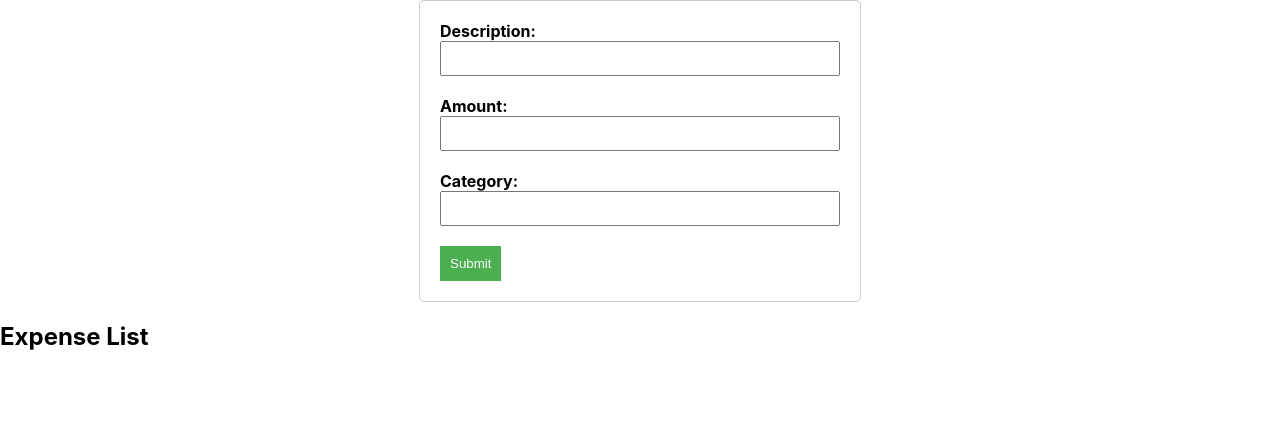
Repository: Victor-MGB/basic-expense-tracker
Page: / (app in expense-tracker/)
These files come from the project's save history. The page is drawn as it stood at one moment and after a run of saves; the edit follows.
The browser window is 1280 px wide. The pictures show the whole page.
The project was rebuilt for these pictures with package versions that can differ from the ones it lists, and the page was loaded fresh each time. Also part of the build but not shown: expense-tracker/src/component/ExpenseItem.js.

Above is the page before, as saved 2023-12-10 22:49:20.

After the next 3 saves:
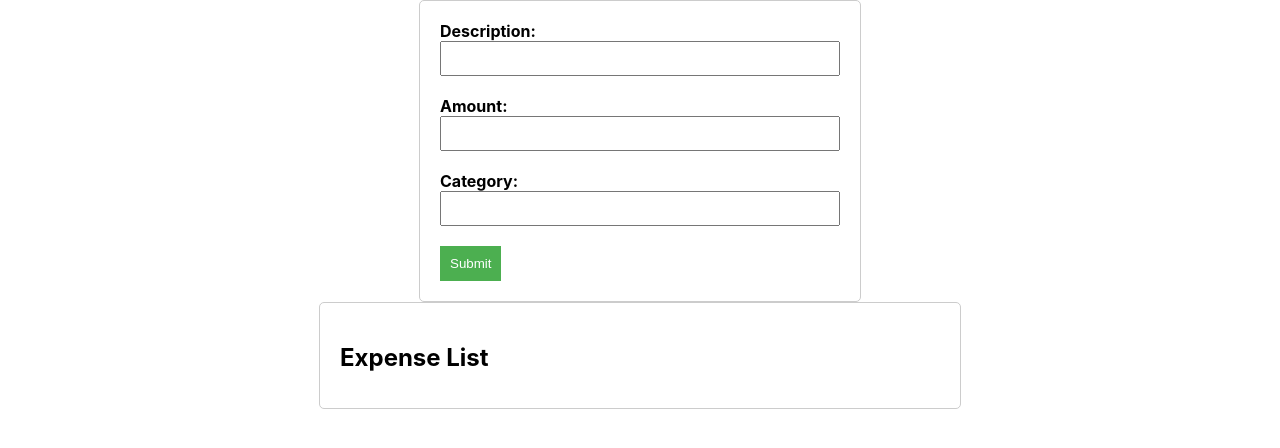
The 3 saves are shown as one change because they came seconds apart.
The last was saved 19 s later.
--- a/expense-tracker/src/component/ExpenseList.js
+++ b/expense-tracker/src/component/ExpenseList.js
@@ -16,7 +16,7 @@ function ExpenseList({expense,onDeleteExpense,onUpdateExpense}) {
         borderRadius:'5px'
     }
   return (
-    <div>
+    <div style={listStyle}>
         <h2 style={headerStyle}>Expense List</h2>
         <ul>
             {
